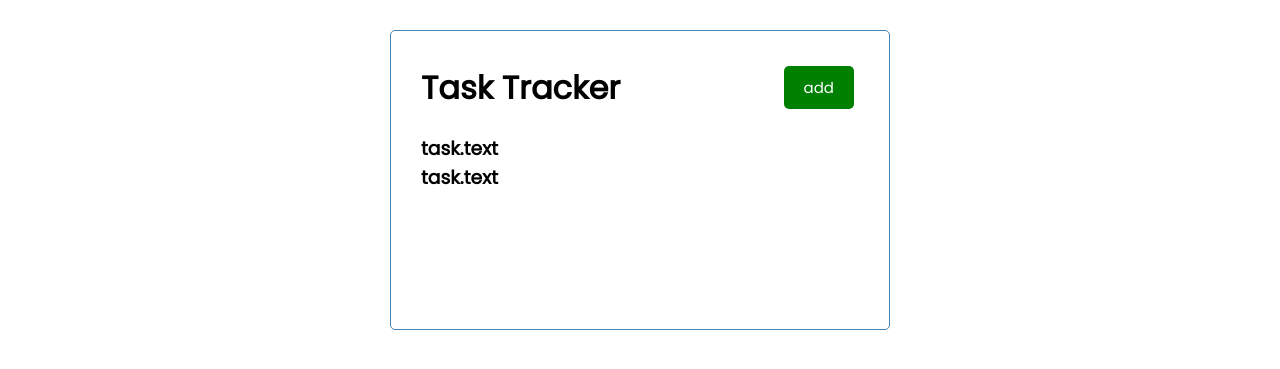
Repository: Samkiroko/task-tracker-app
Page: /, after clicking the first element matching `button.btn`
An editor plug-in stored every save of this project. The page is shown before and after a run of saves, followed by the edit.
The browser window is 1280 px wide. The pictures show the whole page.
The project was rebuilt for these pictures with package versions that can differ from the ones it lists, and the page was loaded fresh each time.

Above is the page before, as saved 2021-08-02 16:35:50.

### public/index.html
<!DOCTYPE html>
<html lang="en">

<head>
    <meta charset="utf-8" />
    <link rel="icon" href="%PUBLIC_URL%/favicon.ico" />
    <meta name="viewport" content="width=device-width, initial-scale=1" />
    <meta name="theme-color" content="#000000" />
    <meta name="description" content="Web site created using create-react-app" />
    <link rel="apple-touch-icon" href="%PUBLIC_URL%/logo192.png" />

    <link rel="manifest" href="%PUBLIC_URL%/manifest.json" />

    <title>Task tracker App</title>
</head>

<body>
    <div id="root"></div>
</body>

</html>

### src/index.css
@import url('https://fonts.googleapis.com/css2?family=Poppins:wght@300;400&display=swap');
* {
    box-sizing: border-box;
    margin: 0;
    padding: 0;
}

body {
    font-family: 'Poppins', sans-serif;
}

.container {
    max-width: 500px;
    margin: 30px auto;
    overflow: auto;
    min-height: 300px;
    border: 1px solid steelblue;
    padding: 30px;
    border-radius: 5px;
}

.header {
    display: flex;
    justify-content: space-between;
    align-items: center;
    margin-bottom: 20px;
}

.btn {
    display: inline-block;
    background: #000;
    color: #fff;
    border: none;
    padding: 10px 20px;
    margin: 5px;
    border-radius: 5px;
    cursor: pointer;
    text-decoration: none;
    font-size: 15px;
    font-family: inherit;
}

.btn:focus {
    outline: none;
}

.btn:active {
    transform: scale(0.98);
}

.btn-block {
    display: block;
    width: 100%;
}

.task {
    background: #f4f4f4;
    margin: 5px;
    padding: 10px 20px;
    cursor: pointer;
}

.task.reminder {
    border-left: 5px solid green;
}

.task h3 {
    display: flex;
    align-items: center;
    justify-content: space-between;
}

.add-form {
    margin-bottom: 40px;
}

.form-control {
    margin: 20px 0;
}

.form-control label {
    display: block;
}

.form-control input {
    width: 100%;
    height: 40px;
    margin: 5px;
    padding: 3px 7px;
    font-size: 17px;
}

.form-control-check {
    display: flex;
    align-items: center;
    justify-content: space-between;
}

.form-control-check label {
    flex: 1;
}

.form-control-check input {
    flex: 2;
    height: 20px;
}

footer {
    margin-top: 30px;
    text-align: center;
}

### src/App.js
import Header from './components/Header';
import Task from './components/Task';

function App() {
  return (
    <div className="container">
      <Header title="Task Tracker" />
      <Task />
    </div>
  );
}

export default App;

### src/components/Header.js
import React from 'react';
import Button from './Button';

const Header = ({ title }) => {
  const onClick = () => {
    console.log('Header clicked');
  };

  return (
    <header className="header">
      <h1>{title}</h1>
      <Button color="green" text="add" onClick={onClick} />
    </header>
  );
};

export default Header;

### src/components/Task.js
import React from 'react';

const tasks = [
  {
    id: 1,
    text: 'Buy groceries',
    day: 'Feb 5th at 2:30pm',
    reminder: true,
  },
  {
    id: 2,
    title: 'Learn React',
    day: 'Feb 6th at 1:30pm',
    completed: false,
  },
];

const Task = () => {
  return (
    <>
      {tasks.map(() => (
        <h3>task.text</h3>
      ))}
    </>
  );
};

export default Task;

### src/components/Button.js
import PropTypes from 'prop-types';
import React from 'react';

const Button = ({ color, text, onClick }) => {
  return (
    <button
      onClick={onClick}
      style={{ backgroundColor: color }}
      className="btn">
      {text}
    </button>
  );
};

Button.defaultProps = {
  color: 'steelblue',
};

Button.propTypes = {
  color: PropTypes.string,
  text: PropTypes.string,
  onClick: PropTypes.func,
};

export default Button;

Loaded but not shown: src/index.js (common file)

After the next 2 saves:
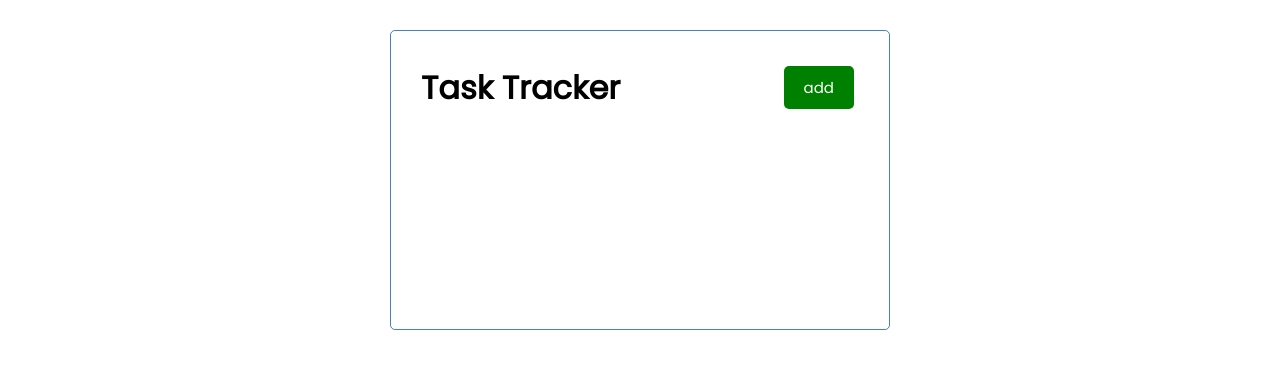
The 2 saves are shown as one change because 1 did not build or start.
The last was saved 30 s later.
--- a/src/components/Task.js
+++ b/src/components/Task.js
@@ -19,7 +19,7 @@ const Task = () => {
   return (
     <>
       {tasks.map(() => (
-        <h3>task.text</h3>
+        <h3>{tasks.text}</h3>
       ))}
     </>
   );
